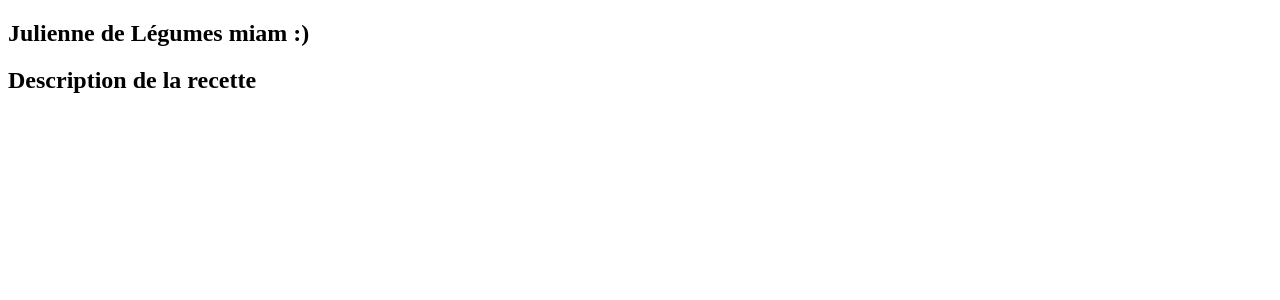
Repository: klevish/marmitonade.github.io
Page: julienne_de_legumes.html
An editor plug-in stored every save of this project. The page is shown before and after the next save, followed by the edit.
The browser window is 1280 px wide. The pictures show the whole page.

Above is the page before, as saved 2022-06-13 16:16:32.

After the next save:
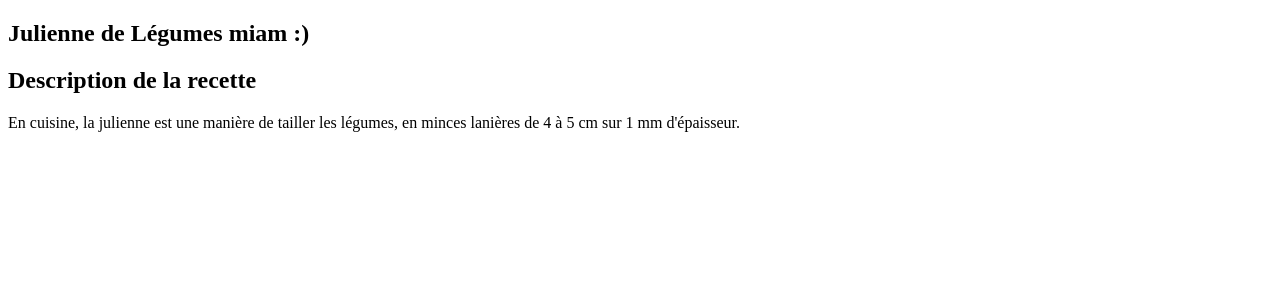
Saved 2 min 55 s later.
--- a/julienne_de_legumes.html
+++ b/julienne_de_legumes.html
@@ -15,7 +15,8 @@
 
     <section>
         <h2>Description de la recette</h2>
-        <p></p>
+        <p>En cuisine, la julienne est une manière de tailler les légumes, en minces lanières de 4 à 5 cm sur 1 mm
+            d'épaisseur.</p>
     </section>
 </body>
 
